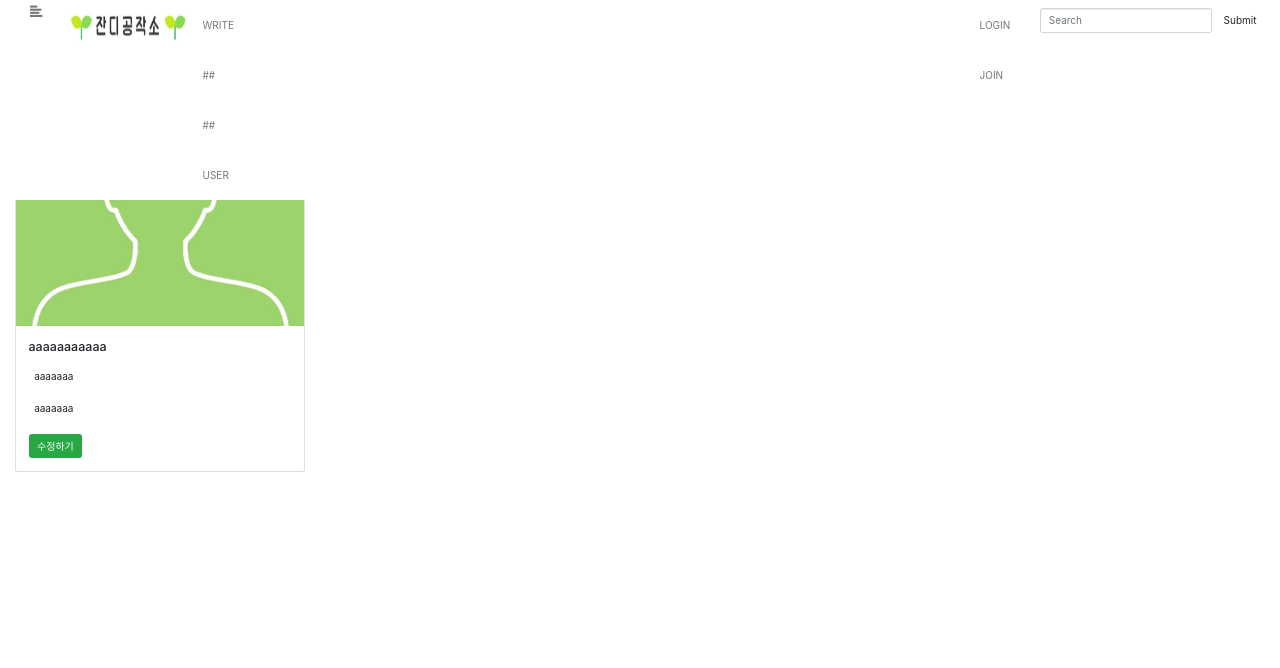
Repository: guddus326/Grass_Farm
Page: http://localhost/Grass_Farm/USer2.jsp
These files come from the project's save history. The page is drawn as it stood at one moment and after the next save; the edit follows.
The browser window is 1280 px wide. The pictures show the whole page.
The page is served by Tomcat 9.

Above is the page before, as saved 2020-11-08 18:27:52.

After the next save:
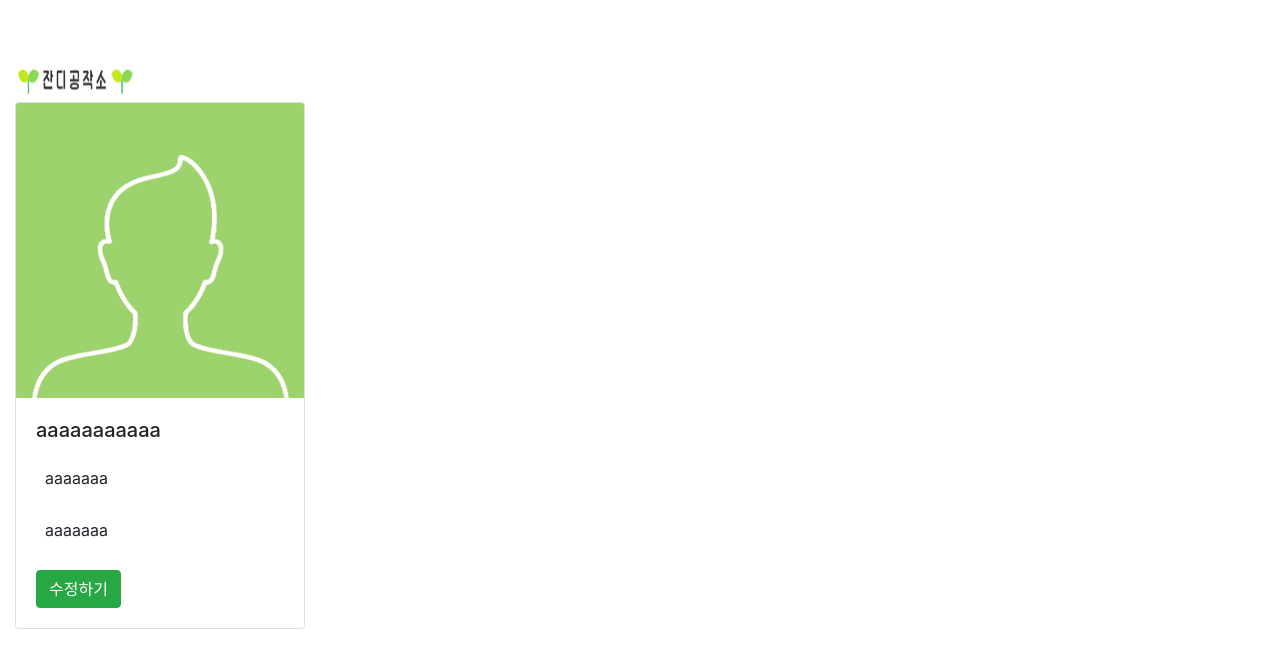
Saved 31 s later.
--- a/Grass_Farm/Grass_Farm/WebContent/USer2.jsp
+++ b/Grass_Farm/Grass_Farm/WebContent/USer2.jsp
@@ -13,7 +13,7 @@
         <meta
         name="viewport" content="width=device-width" initial-scale="1">
         <!-- 스타일시트 참조  -->
-        <link rel="stylesheet" href="css/bootstrap.min.css">
+       <!--  <link rel="stylesheet" href="css/bootstrap.min.css"> -->
         <link rel="stylesheet" href="https://stackpath.bootstrapcdn.com/bootstrap/4.5.2/css/bootstrap.min.css" integrity="sha384-JcKb8q3iqJ61gNV9KGb8thSsNjpSL0n8PARn9HuZOnIxN0hoP+VmmDGMN5t9UJ0Z" crossorigin="anonymous">
 
         <title>Main</title>
